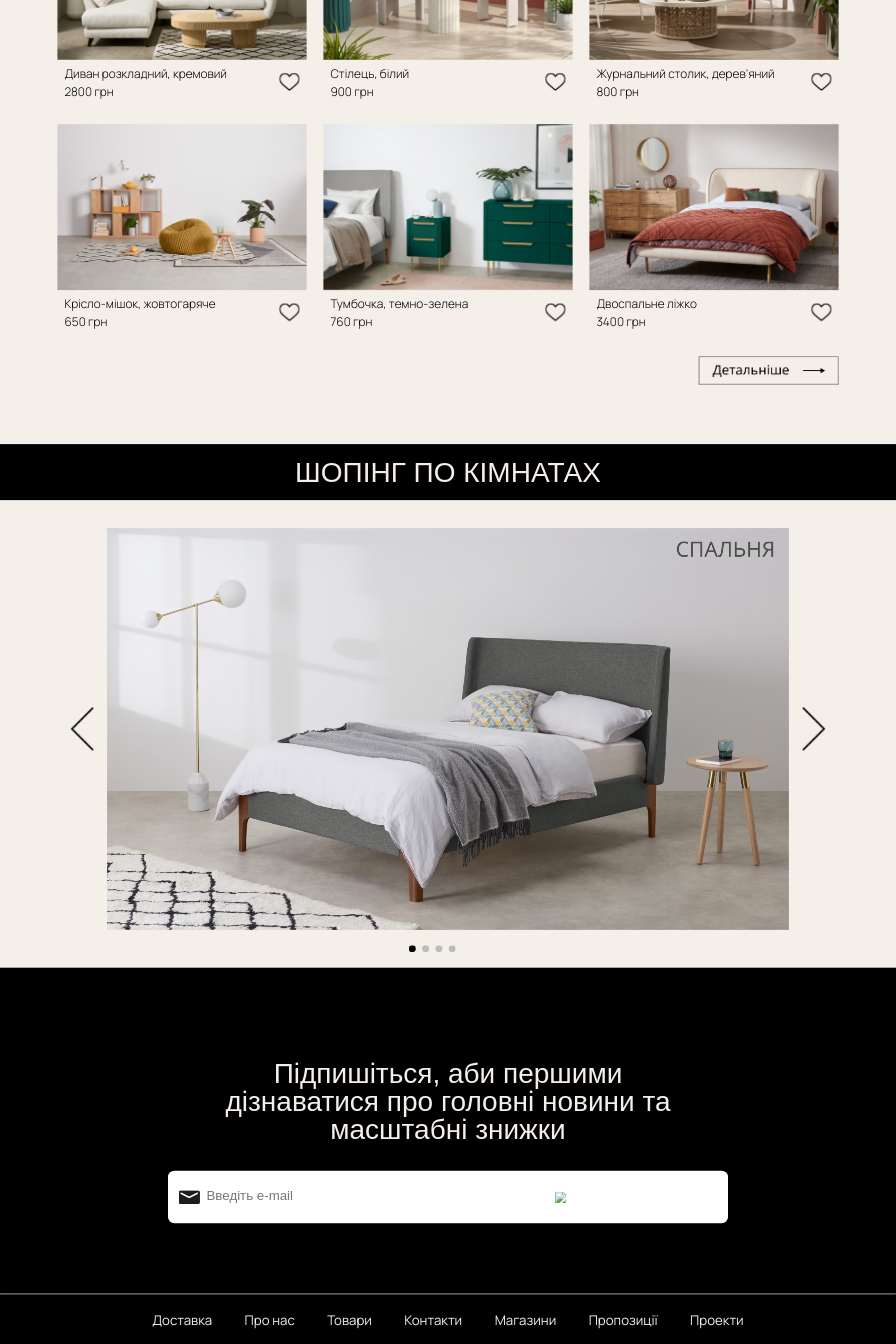
Repository: malykhinaIra/laravel
Page: http://localhost/Lend
The author's editor kept a copy of each file at every save. The page is drawn from the files as they stood at one save, then again after the next save.
The browser window is 1280 px wide. The pictures show the part of the page from y = 2189 to 4109 px (the page is 4109 px tall), at 70% of full size.
Some web fonts or font styles are not loaded; a fallback is used. The page is served by the project's Laravel application, run on PHP 8.4 with Laravel 9.

Above is the page before, as saved 2022-05-10 18:09:29.

After the next save:
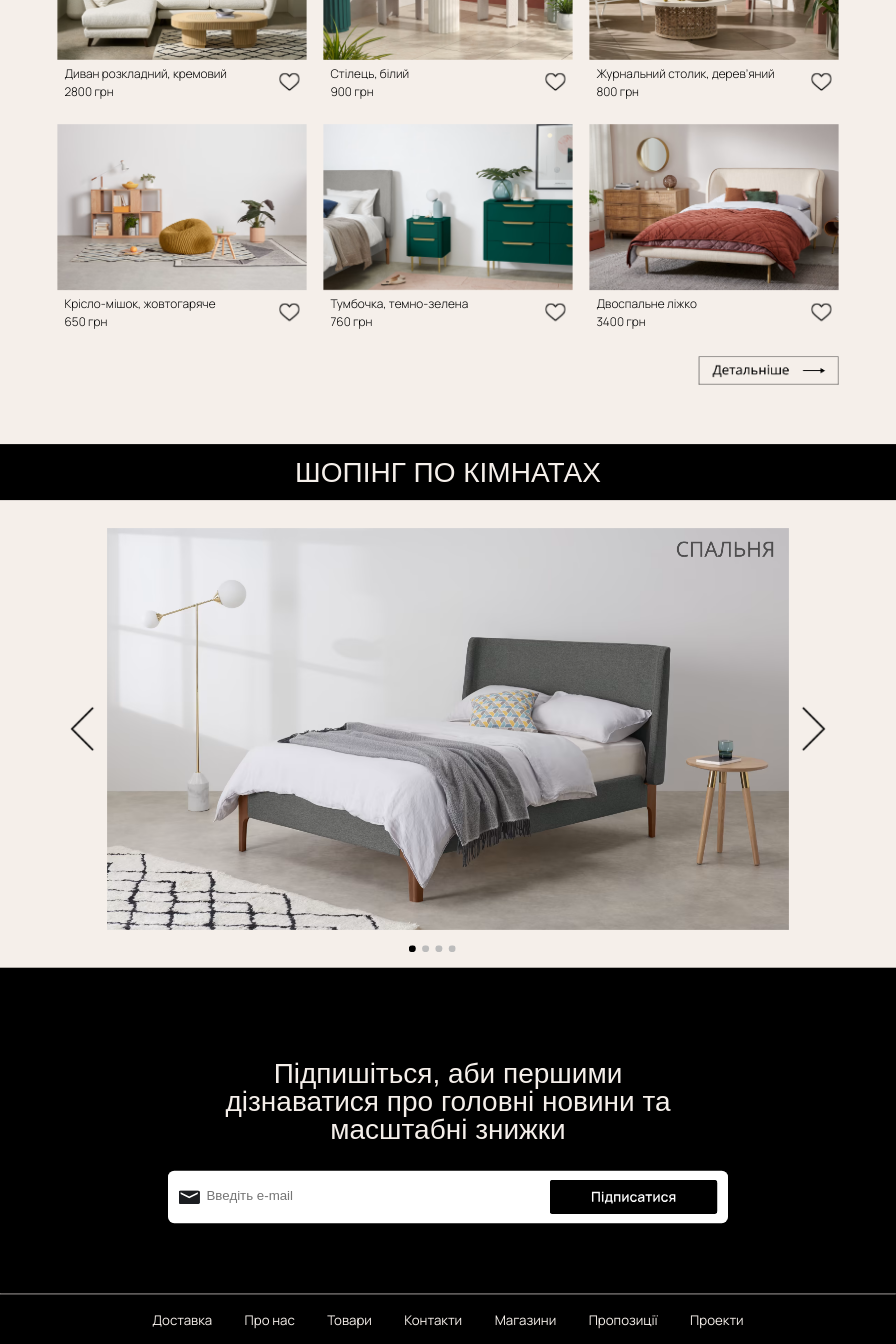
Saved 5 h 8 min later.
--- a/blog/resources/views/layouts/header.blade.php
+++ b/blog/resources/views/layouts/header.blade.php
@@ -61,7 +61,7 @@
                             <img src="../img/Shape.svg" class="message">
                             <input style="width:500px; outline: none; border: none; font-size: 25px;" type="text" name="mail" placeholder="Введіть e-mail">
                         </div>
-                        <button type="submit" style="background: none; border: 0; padding:0;"><img src="../img//Group 61.svg" class="sub-btn"></button>
+                        <button type="submit" style="background: none; border: 0; padding:0;"><img src="../img/Group 61.svg" class="sub-btn"></button>
                     </form>
                 </div>
                 @if($errors->any())
